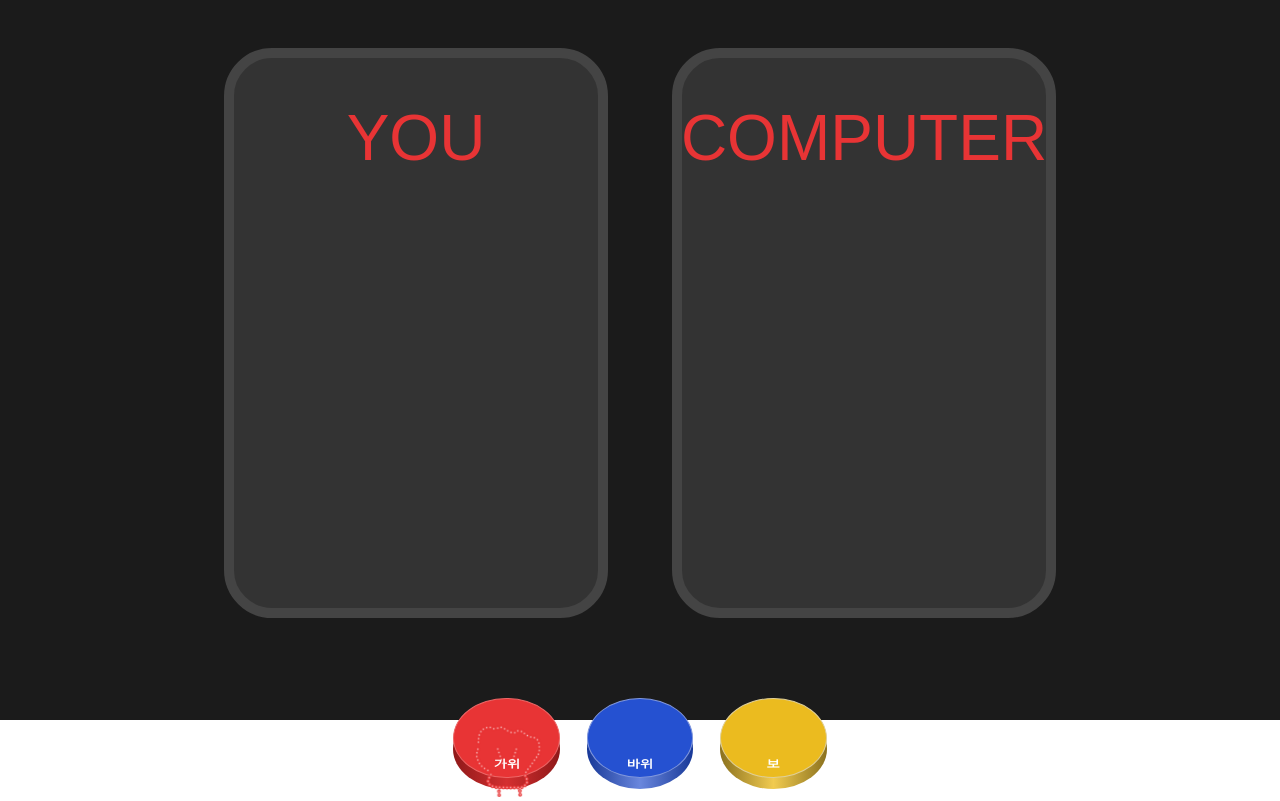
Repository: KIMMIHYE12/classComponent
Page: /
The author's editor kept a copy of each file at every save. The page is drawn from the files as they stood at one save, then again after the next save.
The browser window is 1280 px wide. The pictures show the whole page.
Some web fonts or font styles are not loaded; a fallback is used. The project was rebuilt for these pictures with package versions that can differ from the ones it lists, and the page was loaded fresh each time.

Above is the page before, as saved 2024-03-20 00:13:41.

### src/App.js
import { object } from "prop-types";
import { useState } from "react";
import "./App.css";
import { Box } from "./component/Box";

const choice = {
  scissors: {
    name: "Scissors",
    img: "/images/scissors.png",
    describe: "가위 이미지",
  },
  rock: {
    name: "Rock",
    img: "/images/rock.png",
    describe: "바위 이미지",
  },
  paper: {
    name: "Paper",
    img: "/images/paper.png",
    describe: "보 이미지",
  },
};

function App() {
  const [userSelect, setUserSelect] = useState(null);
  const [computerSelect, setComputerSelect] = useState(null);
  const [result, setResult] = useState("");

  const play = (userChoice) => {
    setUserSelect(choice[userChoice]);
    let computerChoice = remdomChoice();
    setComputerSelect(computerChoice);
    setResult(judgement(choice[userChoice], computerChoice));
  };

  const remdomChoice = () => {
    let itemArray = Object.keys(choice);
    let randomItem = Math.floor(Math.random() * itemArray.length);
    let final = itemArray[randomItem];
    return choice[final];
  };

  const judgement = (user, computer) => {
    if (user.name == computer.name) {
      return "Tie";
    } else if (user.name == "Scissors")
      return computer.name == "Paper" ? "Win" : "Lose";
    else if (user.name == "Rock")
      return computer.name == "Scissors" ? "Win" : "Lose";
    else if (user.name == "Paper")
      return computer.name == "Rock" ? "Win" : "Lose";
  };

  return (
    <div className='content'>
      <div className='game_screen'>
        <Box title='YOU' item={userSelect} result={result} />
        <Box title='COMPUTER' item={computerSelect} result={result} />
      </div>
      <div className='btn_wrap'>
        <button
          className='scissors'
          onClick={() => {
            play("scissors");
          }}
        >
          <div className='btn_items'>
            <img src='/images/rock.png' />
            <span>가위</span>
          </div>
        </button>
        <button
          className='rock'
          onClick={() => {
            play("rock");
          }}
        >
          <span>바위</span>
        </button>
        <button
          className='paper'
          onClick={() => {
            play("paper");
          }}
        >
          <span>보</span>
        </button>
      </div>
    </div>
  );
}

export default App;

### src/App.css
@import url("https://use.typekit.net/ebb2deg.css");

@font-face {
  font-family: "GmarketSansMedium";
  src: url("https://cdn.jsdelivr.net/gh/projectnoonnu/noonfonts_2001@1.1/GmarketSansMedium.woff")
    format("woff");
  font-weight: normal;
  font-style: normal;
}

* {
  box-sizing: border-box;
}

.content {
  height: 100vh;
  padding: 3em 0;
  background-color: #1b1b1b;
}

.game_screen {
  width: 100%;
  display: flex;
  justify-content: center;
}

.box {
  width: 30%;
  display: flex;
  flex-direction: column;
  align-items: center;
  margin: 0 2em;
  border: 10px solid #444;
  background: #333;
  border-radius: 3rem;
}

.neon {
  border: 10px solid #fff;
  box-shadow: 0 0 10px #fff, 0 0 10px #fff, 0 0 24px #f5b70c, 0 0 16px #f5b70c,
    0 0 24px #f5b70c, inset 0 0 10px #f5b70c;
}

h1 {
  font-size: 4em;
  color: #e83435;
  font-family: "gloridot", sans-serif;
  font-weight: 400;
  font-style: normal;
}

h2 {
  height: 2em;
  font-size: 2em;
  color: #e83435;
  font-family: "gloridot", sans-serif;
  font-weight: 400;
  font-style: normal;
  letter-spacing: 0.3rem;
}

.img_wrap {
  width: 70%;
  height: 0;
  padding-bottom: 75%;
}

img {
  width: 100%;
}

.btn_wrap {
  position: relative;
  margin-top: 5em;
  display: flex;
  justify-content: center;
  z-index: 1;
}

.btn_wrap button {
  position: relative;
  display: -webkit-inline-flex;
  width: 8em;
  height: 6em;
  margin: 0 1em;
  border-radius: 50%;
  top: 0;
  outline: 0;
  font-family: "GmarketSansMedium";
}

.btn_wrap button.scissors {
  background-color: #e83435;
  border: 1px solid #ec6666;
}

.btn_wrap button.rock {
  background-color: #2551d1;
  border: 1px solid #8097dc;
}

.btn_wrap button.paper {
  background-color: #ebbb1f;
  border: 1px solid #dfcf98;
}

.btn_wrap button:before {
  width: 8em;
  height: 6em;
  display: inline-block;
  content: "";
  position: absolute;
  top: 10px;
  left: -1px;
  right: 0;
  background: red;
  border-radius: 50%;
  z-index: -1;
}

.btn_wrap button.scissors:before {
  background: linear-gradient(
    90deg,
    rgba(143, 25, 25, 1) 0%,
    rgba(212, 47, 48, 1) 50%,
    rgba(143, 25, 25, 1) 100%
  );
}

.btn_wrap button.rock:before {
  background: linear-gradient(
    90deg,
    rgba(23, 56, 152, 1) 0%,
    rgba(106, 135, 221, 1) 50%,
    rgba(23, 56, 152, 1) 100%
  );
}

.btn_wrap button.paper:before {
  background: linear-gradient(
    90deg,
    rgba(139, 113, 30, 1) 0%,
    rgba(241, 203, 80, 1) 50%,
    rgba(139, 113, 30, 1) 100%
  );
}

.btn_wrap button:active {
  top: 4px;
}

.btn_wrap button:active:before {
  top: 6px;
}

.btn_wrap button span {
  position: absolute;
  left: 50%;
  bottom: 3px;
  color: white;
  font-size: 0.9rem;
  font-weight: 700;
  transform: translate(-50%, 0) scale(1, 0.75);
}

### src/component/Box.js
import React from "react";

export const Box = (props) => {
  let result;
  console.log("title", props.title);

  if (
    props.title === "COMPUTER" &&
    props.result !== "Tie" &&
    props.result !== ""
  ) {
    result = props.result == "Win" ? "Lose" : "Win";
  } else {
    result = props.result;
  }

  return (
    <div className={`box ${result == "Lose" || result == "" ? "" : "neon"}`}>
      <h1>{props.title}</h1>
      <div className='img_wrap'>
        <img
          src={props.item && props.item.img}
          alt={props.item && props.item.describe}
        />
      </div>

      <h2>{result}</h2>
    </div>
  );
};

Loaded but not shown: public/index.html (common file); src/index.js (common file); src/index.css (common file); src/reportWebVitals.js (common file)

After the next save:
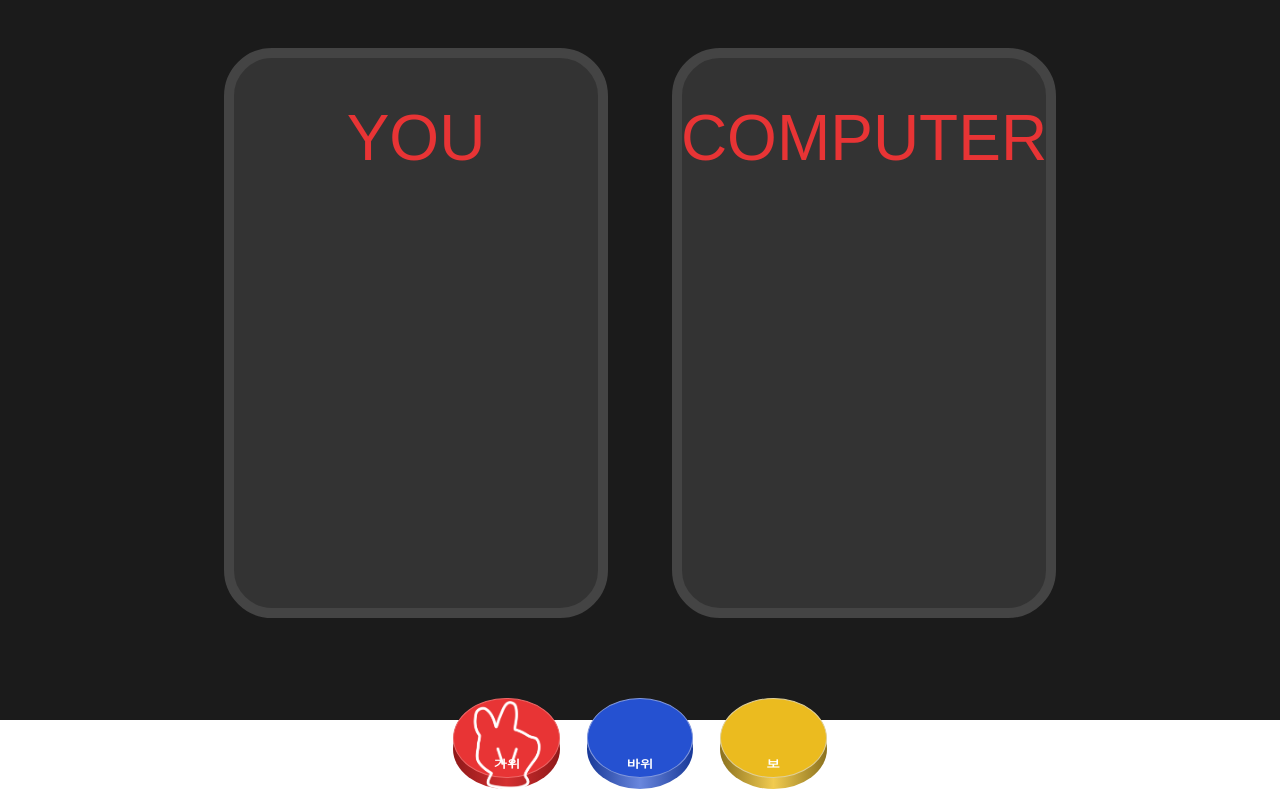
Saved 37 s later.
--- a/src/App.js
+++ b/src/App.js
@@ -65,7 +65,7 @@ function App() {
           }}
         >
           <div className='btn_items'>
-            <img src='/images/rock.png' />
+            <img src='/images/btn_scissors.png' />
             <span>가위</span>
           </div>
         </button>
